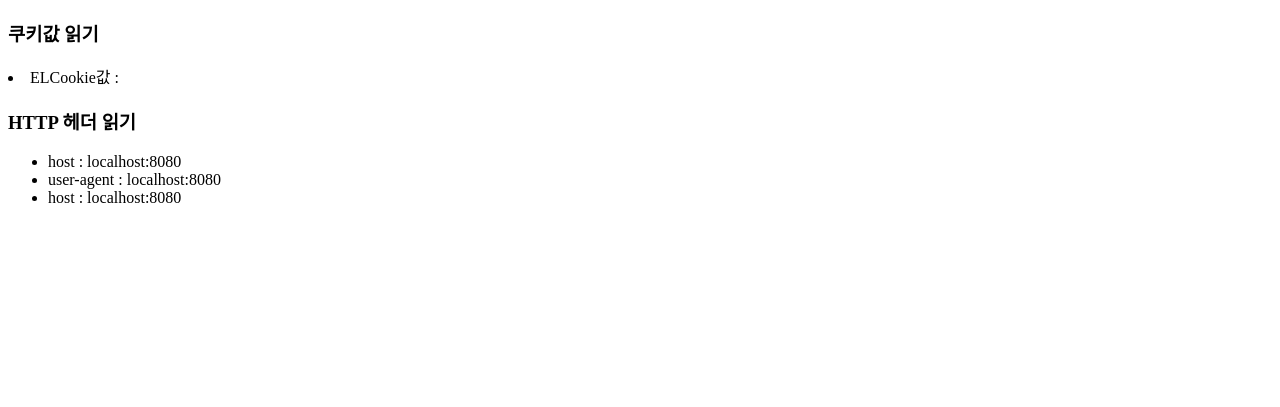
Repository: jjunyuongv/JSP_Servlet
Page: http://localhost/MustHHaveJSP/10EL/OtherImplicitObj.jsp
These files come from the project's save history. The page is drawn as it stood at one moment and after the next save; the edit follows.
The browser window is 1280 px wide. The pictures show the whole page.
The page is served by Tomcat 10.

Above is the page before, as saved 2025-05-12 02:55:13.

After the next save:
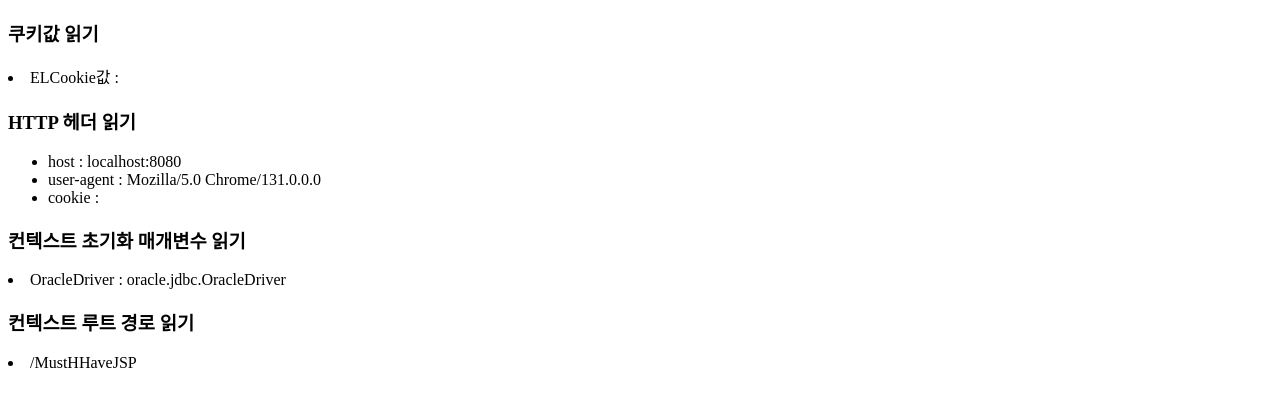
Saved 2 min 35 s later.
--- a/MustHHaveJSP/src/main/webapp/10EL/OtherImplicitObj.jsp
+++ b/MustHHaveJSP/src/main/webapp/10EL/OtherImplicitObj.jsp
@@ -17,9 +17,15 @@ CookieManager.makeCookie(response, "ELCookie", "EL좋아요", 10);
 		<h3>HTTP 헤더 읽기</h3>
 		<ul>
 			<li>host : ${ header.host }</li>
-			<li>user-agent : ${ header.host }</li>
-			<li>host : ${ header.host }</li>
+			<li>user-agent : ${ header['user-agent'] }</li>
+			<li>cookie : ${ header.cookie }</li>
 		</ul>
+
+		<h3>컨텍스트 초기화 매개변수 읽기</h3>
+		<li>OracleDriver : ${ initParam.OracleDriver }</li>
+
+		<h3>컨텍스트 루트 경로 읽기</h3>
+		<li>${ pageContext.request.contextPath }</li>
 
 	</body>
 </html>
